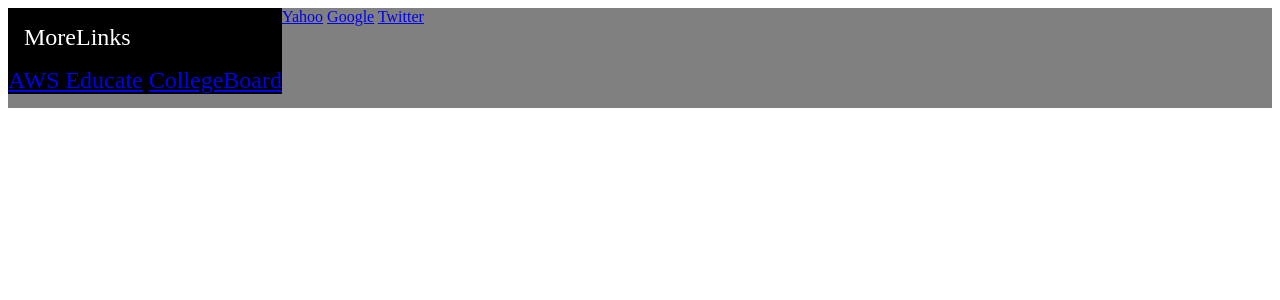
Repository: jakemj/jakemj.github.io
Page: index.html
The author's editor kept a record of every edit. The page is drawn from the files as they stood at one moment, then again after the next edit.
The browser window is 1280 px wide. The pictures show the whole page.

Above is the page before.

After the next edit:
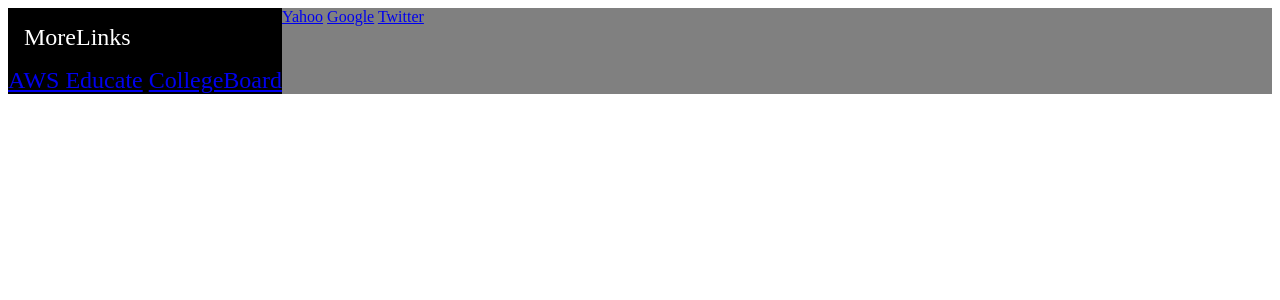
The edit:
--- a/index.html
+++ b/index.html
@@ -6,9 +6,8 @@
 
     <style>
         .navbar {
-        background-color: gray;
-        width:100%;
-        height:100px;
+            background-color: gray;
+            overflow:hidden;
         }
 
         .navbar a, {
